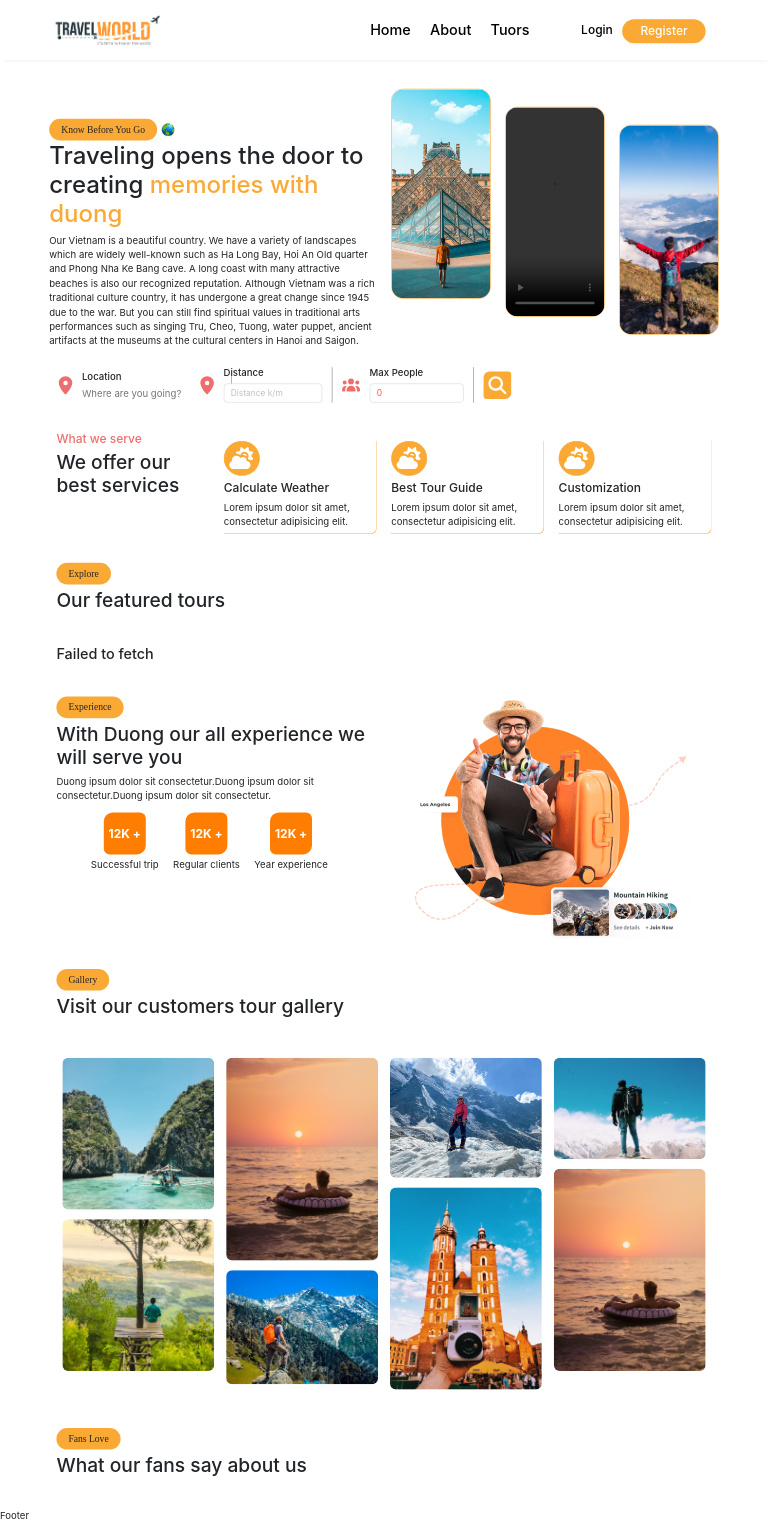
Repository: NguyenHuu001/dulich
Page: /home
The author's editor kept a copy of each file at every save. The page is drawn from the files as they stood at one save, then again after the next save.
The browser window is 1280 px wide. The pictures show the whole page, at 60% of full size.
Pictures or frames that could not be fetched are drawn as grey boxes. The project was rebuilt for these pictures with package versions that can differ from the ones it lists, and the page was loaded fresh each time. Also part of the build but not shown: src/pages/About/index.js, src/pages/Tours/index.js, src/pages/Login/index.js, src/pages/Register/index.js. Imported but missing from the stored project, and not drawn on this page: src/assets/audio/video1.mp4.

Above is the page before, as saved 2023-08-01 18:58:40.

After the next save:
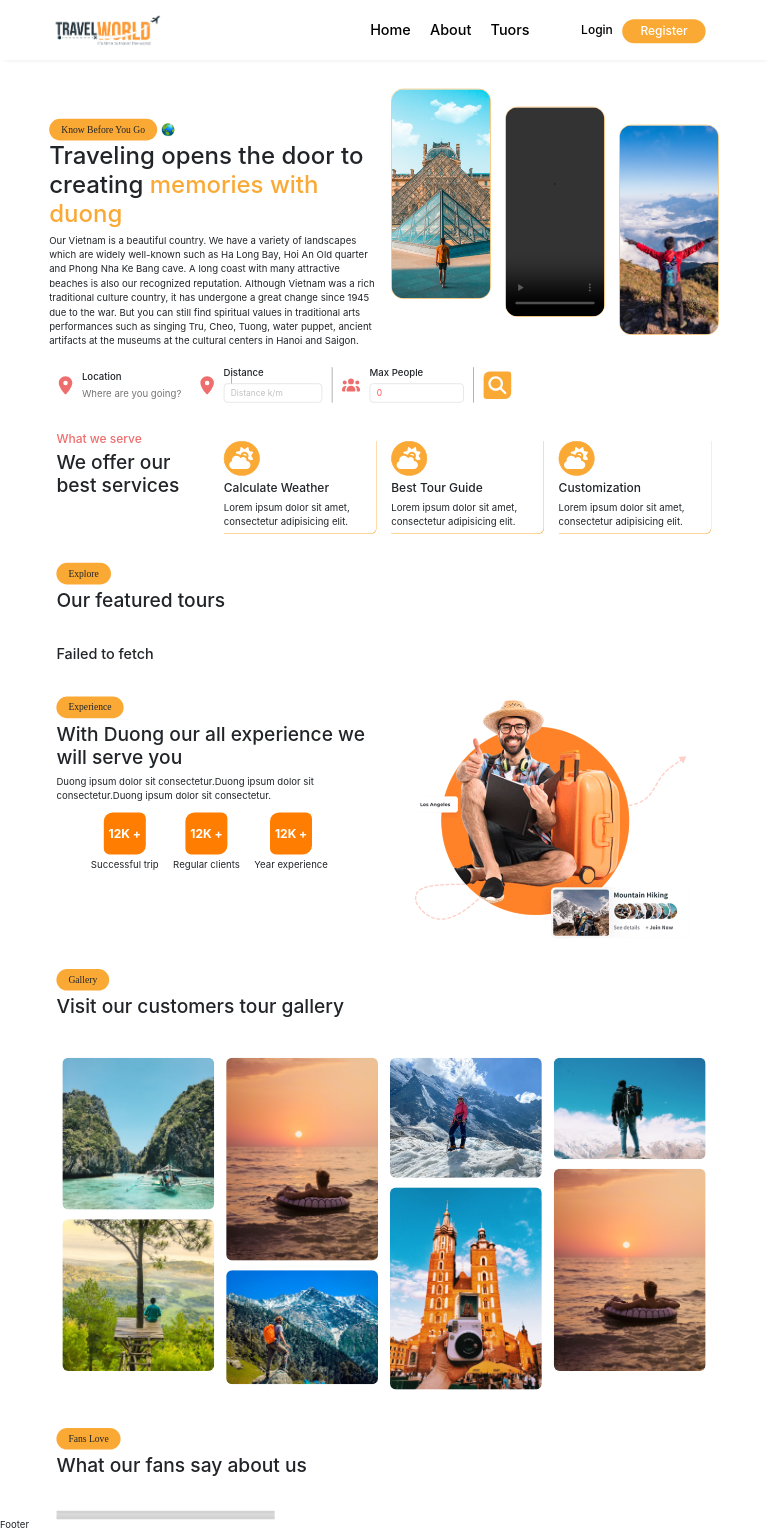
Saved 11 s later.
--- a/src/pages/Home/index.js
+++ b/src/pages/Home/index.js
@@ -255,7 +255,7 @@ function Home() {
                     <div className='col-md-12'>
                        {Data.map((data,index) => (
                         <div className='col-md-4'>
-                            <div>
+                            <div className='card'>
 
                             </div>
                         </div>
